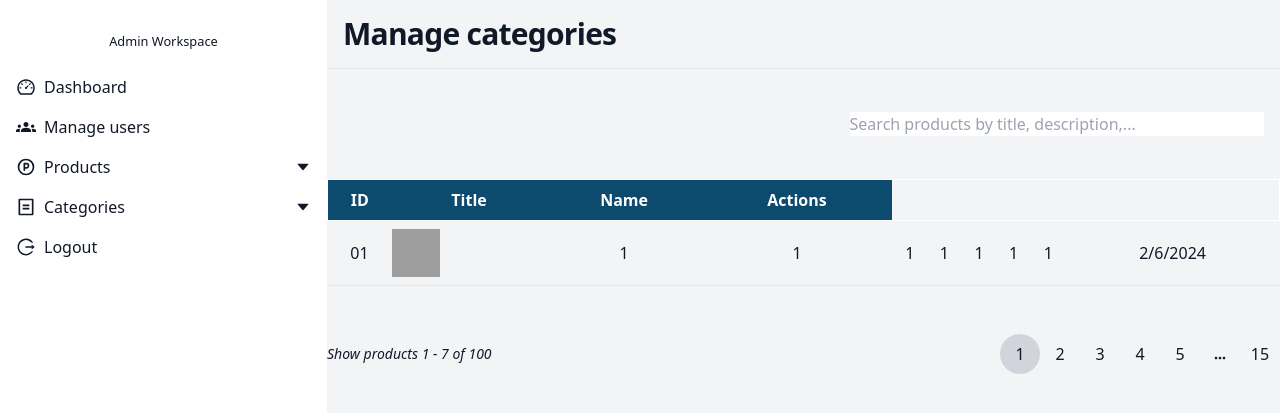
Repository: QuanggDat/Ecommerce_Rookie_NashTech
Page: /admin/manage-categories (app in Ecommerce_Rookie_NashTech_AdminFrontend/admin_fe/)
An editor plug-in stored every save of this project. The page is shown before and after the next save, followed by the edit.
The browser window is 1280 px wide. The pictures show the whole page.
Pictures or frames that could not be fetched are drawn as grey boxes. The page's requests for data from a server got no answer. The project was rebuilt for these pictures with package versions that can differ from the ones it lists, and the page was loaded fresh each time. Some packages were replaced by stand-ins written for this rebuild. No one was signed in, and anything a server would have sent is missing. Also part of the build but not shown: Ecommerce_Rookie_NashTech_AdminFrontend/admin_fe/src/pages/admin/Dashboard.js, Ecommerce_Rookie_NashTech_AdminFrontend/admin_fe/src/pages/admin/ManageProduct.js, Ecommerce_Rookie_NashTech_AdminFrontend/admin_fe/src/pages/admin/LoginScreen.js, Ecommerce_Rookie_NashTech_AdminFrontend/admin_fe/src/components/buttons/Button.js, Ecommerce_Rookie_NashTech_AdminFrontend/admin_fe/src/components/inputs/InputField.js, Ecommerce_Rookie_NashTech_AdminFrontend/admin_fe/src/pages/public/Login.js, Ecommerce_Rookie_NashTech_AdminFrontend/admin_fe/src/pages/public/FinalRegister.js, Ecommerce_Rookie_NashTech_AdminFrontend/admin_fe/src/pages/public/ResetPassword.js and 1 more.

Above is the page before, as saved 2024-06-02 22:55:05.

### Ecommerce_Rookie_NashTech_AdminFrontend/admin_fe/src/index.js
import React from 'react';
import { createRoot } from 'react-dom/client';
import { Provider } from 'react-redux';
import { store } from './stores/redux';
import App from './App';
import './index.css';
import { BrowserRouter } from 'react-router-dom'

const container = document.getElementById('root');
const root = createRoot(container);

root.render(
  <Provider store={store}>
    <BrowserRouter>
      <App />
    </BrowserRouter>
  </Provider>
);

### Ecommerce_Rookie_NashTech_AdminFrontend/admin_fe/src/stores/redux.js
import { configureStore } from '@reduxjs/toolkit';
import userSlice from "./user/userSlice"
import storage from 'redux-persist/lib/storage';
import { persistReducer, persistStore } from "redux-persist"

const commonConfig = {
  storage,
}
const userConfig = {
  ...commonConfig,
  whitelist: ["isLoggedIn", "token"],
  key: "shop/user",
}
export const store = configureStore({
  reducer: {
    user: persistReducer(userConfig, userSlice),
  },
  middleware: (getDefaultMiddleware) =>
    getDefaultMiddleware({ serializableCheck: false }),
});

export const persistor = persistStore(store)

### Ecommerce_Rookie_NashTech_AdminFrontend/admin_fe/src/App.js
import React from 'react';
import { Route, Routes, Navigate } from "react-router-dom"
import path from "./utils/path"
import {
  AdminLayout,
  Dashboard,
  ManageProduct,
  ManageCategory
} from "./pages/admin"
import { Login } from './pages/public';
import './App.css';

function App() {
  return (
    <div className="font-jp">
      <Routes>
        <Route path="/" element={<Navigate to={path.LOGIN} />} />
        <Route path={path.LOGIN} element={<Login />} />
        <Route path={path.ADMIN} element={<AdminLayout />}>
          <Route path={path.DASHBOARD} element={<Dashboard />} />
          <Route path={path.MANAGE_PRODUCTS} element={<ManageProduct />} />
          <Route path={path.MANAGE_CATEGORIES} element={<ManageCategory />} />
        </Route>
      </Routes>
    </div>
  );
}

export default App;

### Ecommerce_Rookie_NashTech_AdminFrontend/admin_fe/src/index.css
@import url("https://fonts.googleapis.com/css2?family=Poppins:ital,wght@0,100;0,200;0,300;0,400;0,500;0,600;0,700;0,800;1,100;1,200;1,300;1,400;1,500;1,600;1,700;1,800&display=swap");
@import url("https://fonts.googleapis.com/css2?family=Noto+Sans+JP:wght@100;200;300;400;500;600;700;800;900&display=swap");
@tailwind base;
@tailwind components;
@tailwind utilities;

html {
    height: 100%;
    overflow: auto;
  }
  body {
    height: 100%;
  }
  html,
  body {
    overflow-x: hidden;
  }

### Ecommerce_Rookie_NashTech_AdminFrontend/admin_fe/src/stores/user/userSlice.js
import { createSlice } from "@reduxjs/toolkit"
import * as actions from './asyncAction'

export const userSlice = createSlice({
    name: "user",
    initialState: {
        isLoggedIn: false,
        current: null,
        token: null,
        isLoading: false,
        mes: '',
    },
    reducers: {
        login: (state, action) => {
            state.isLoggedIn = action.payload.isLoggedIn
            state.token = action.payload.token
        },
        logout: (state, action) => {
            state.isLoggedIn = false
            state.current = null
            state.token = null
            state.isLoading = false
            state.mes = ''
        },
    },
    extraReducers: (builder) => {
        builder.addCase(actions.getCurrent.pending, (state) => {
            state.isLoading = true;
        });
        builder.addCase(actions.getCurrent.fulfilled, (state, action) => {
            state.isLoading = false;
            state.current = action.payload;
            state.isLoggedIn = true
        });
        builder.addCase(actions.getCurrent.rejected, (state, action) => {
            state.isLoading = false;
            state.current = null;
            state.isLoggedIn = false
            state.token = null
            state.mes = 'Login session has expired. Please login again!'
        });
    }
})
export const { login, logout } = userSlice.actions

export default userSlice.reducer

### Ecommerce_Rookie_NashTech_AdminFrontend/admin_fe/src/utils/path.js
const path = {
    PUBLIC: "/",
    HOME: "home",
    ALL: "*",
    LOGIN: "login",
    FINAL_REGISTER: "finalregister/:status",
    RESET_PASSWORD: "reset-password/:token",

    // Admin
    ADMIN: "admin",
    DASHBOARD: "dashboard",
    MANAGE_USER: "manage-user",
    MANAGE_PRODUCTS: "manage-products",
    MANAGE_CATEGORIES: "manage-categories",
    CREATE_PRODUCTS: "create-products",
    CREATE_CATEGORY: "create-category",
}

export default path

### Ecommerce_Rookie_NashTech_AdminFrontend/admin_fe/src/pages/admin/index.js
export { default as AdminLayout } from "./AdminLayout"
export { default as Dashboard } from "./Dashboard"
export { default as ManageProduct } from "./ManageProduct"
export { default as ManageCategory } from "./ManageCategory"
export { default as LoginScreen } from "./LoginScreen"

### Ecommerce_Rookie_NashTech_AdminFrontend/admin_fe/src/pages/public/index.js
export { default as Login } from "./Login"
export { default as FinalRegister } from "./FinalRegister"
export { default as ResetPassword } from "./ResetPassword"

### Ecommerce_Rookie_NashTech_AdminFrontend/admin_fe/src/stores/user/asyncAction.js
import { createAsyncThunk } from "@reduxjs/toolkit";
import * as apis from '../../apis'

export const getCurrent = createAsyncThunk('user/current', async (data, { rejectWithValue }) => {
    const response = await apis.apiGetCurrent()
    if (!response.data.status) return rejectWithValue(response)
    return response.data.rs
})

### Ecommerce_Rookie_NashTech_AdminFrontend/admin_fe/src/pages/admin/AdminLayout.js
import React from 'react'
import { Outlet, Navigate } from 'react-router-dom'
import { useSelector } from 'react-redux'
import AdminSidebar from '../../components/sidebar/AdminSidebar'

const AdminLayout = () => {
  return (
    <div className='flex w-full bg-gray-100 min-h-screen relative text-gray-900'>
      <div className='w-[327px] top-0 bottom-0 flex-none fixed'>
        <AdminSidebar />
      </div>
      <div className='w-[327px]'></div>
      <div className='flex-auto'>
        <Outlet />
      </div>
    </div>
  )
}

export default AdminLayout

### Ecommerce_Rookie_NashTech_AdminFrontend/admin_fe/src/pages/admin/ManageCategory.js
import React from 'react'
import InputForm from "../../components/inputs/InputForm"
import Pagination from "../../components/pagination/Pagination"
import { useForm } from "react-hook-form"

const ManageCategory = () => {
  const {
    register,
    formState: { errors },
    watch,
  } = useForm()
  return (
    <div className="w-full flex flex-col gap-4 relative">
      <div className="h-[69px] w-full"></div>
      <div className="p-4 border-b w-full bg-gray-100 flex justify-between items-center fixed top-0">
        <h1 className="text-3xl font-bold tracking-tight">Manage categories</h1>
      </div>
      <div className="flex justify-end items-center px-4">
        <form className="w-[45%]">
          <InputForm
            id="q"
            register={register}
            errors={errors}
            fullWidth
            placeholder="Search products by title, description,..."
          />
        </form>
      </div>
      <table className="table-auto">
        <thead>
          <tr className="border bg-sky-900 text-white border-white">
            <th className="text-center py-2">ID</th>
            <th className="text-center py-2">Title</th>
            <th className="text-center py-2">Name</th>
            <th className="text-center py-2">Actions</th>
          </tr>
        </thead>
        <tbody>
          <tr className="border-b" >
            <td className="text-center py-2">
              01
            </td>
            <td className="text-center py-2">
              <img
                src='https://th.bing.com/th/id/OIF.IHFaCxQQ54StkxKZ3Iyp0Q?rs=1&pid=ImgDetMain'
                alt="thumb"
                className="w-12 h-12 object-cover"
              />
            </td>
            <td className="text-center py-2">1</td>
            <td className="text-center py-2">1</td>
            <td className="text-center py-2">1</td>
            <td className="text-center py-2">1</td>
            <td className="text-center py-2">1</td>
            <td className="text-center py-2">1</td>
            <td className="text-center py-2">1</td>
            <td className="text-center py-2">
              2/6/2024
            </td>
          </tr>
        </tbody>
      </table>
      <div className="w-full flex justify-end my-8">
        <Pagination totalCount={100} />
      </div>
    </div>
  )
}

export default ManageCategory

### Ecommerce_Rookie_NashTech_AdminFrontend/admin_fe/src/components/sidebar/AdminSidebar.js
import React, { Fragment, useState } from "react"
import { adminSidebar } from "../../utils/constants"
import { NavLink, Link, useNavigate } from "react-router-dom"
import clsx from "clsx"
import { AiOutlineCaretDown, AiOutlineCaretRight } from "react-icons/ai"
import { RiShareForwardLine } from "react-icons/ri"
import withBaseComponent from "../../hocs/withBaseComponent"

const activedStyle =
    "px-4 py-2 flex items-center gap-2  bg-blue-500 text-gray-100"
const notActivedStyle = "px-4 py-2 flex items-center gap-2  hover:bg-blue-100"

const AdminSidebar = () => {
    const navigate = useNavigate()
    const [actived, setActived] = useState([])
    const handleShowTabs = (tabID) => {
        if (actived.some((el) => el === tabID))
            setActived((prev) => prev.filter((el) => el !== tabID))
        else setActived((prev) => [...prev, tabID])
    }

    return (
        <div className=" bg-white h-full py-4">
            <Link
                to={"/"}
                className="flex flex-col justify-center items-center p-4 gap-2"
            >
                <small>Admin Workspace</small>
            </Link>
            <div>
                {adminSidebar.map((el) => (
                    <Fragment key={el.id}>
                        {el.type === "SINGLE" && (
                            <NavLink
                                to={el.path}
                                className={({ isActive }) =>
                                    clsx(isActive && activedStyle, !isActive && notActivedStyle)
                                }
                            >
                                <span>{el.icon}</span>
                                <span>{el.text}</span>
                            </NavLink>
                        )}
                        {el.type === "PARENT" && (
                            <div
                                onClick={() => handleShowTabs(+el.id)}
                                className="flex flex-col"
                            >
                                <div className="flex items-center justify-between px-4 py-2 hover:bg-blue-100 cursor-pointer">
                                    <div className="flex items-center gap-2">
                                        <span>{el.icon}</span>
                                        <span>{el.text}</span>
                                    </div>
                                    {actived.some((id) => id === el.id) ? (
                                        <AiOutlineCaretRight />
                                    ) : (
                                        <AiOutlineCaretDown />
                                    )}
                                </div>
                                {actived.some((id) => +id === +el.id) && (
                                    <div className="flex flex-col">
                                        {el.submenu.map((item, idx) => (
                                            <NavLink
                                                key={idx}
                                                to={item.path}
                                                onClick={(e) => e.stopPropagation()}
                                                className={({ isActive }) =>
                                                    clsx(
                                                        isActive && activedStyle,
                                                        !isActive && notActivedStyle,
                                                        "pl-16"
                                                    )
                                                }
                                            >
                                                {item.text}
                                            </NavLink>
                                        ))}
                                    </div>
                                )}
                            </div>
                        )}
                    </Fragment>
                ))}
            </div>
        </div>
    )
}

export default withBaseComponent(AdminSidebar)

### Ecommerce_Rookie_NashTech_AdminFrontend/admin_fe/src/components/inputs/InputForm.js
import React, { memo } from 'react'
import clsx from 'clsx'

const InputForm = ({
    label,
    disabled,
    register,
    errors,
    id,
    validate,
    type = 'text',
    placeholder,
    fullWidth,
    defaultValue,
    style,
    readOnly
}) => {
    return (
        <div className={clsx('flex flex-col h-[78px] gap-2', style)}>
            {label && <label className='font-medium' htmlFor={id}>{label + ':'}</label>}
            <input
                type={type}
                id={id}
                {...register(id, validate)}
                disabled={disabled}
                placeholder={placeholder}
                className={clsx('form-input my-auto', fullWidth && 'w-full', style)}
                defaultValue={defaultValue}
                readOnly={readOnly}
            />
            {errors[id] && <small className='text-xs text-red-500'>{errors[id]?.message}</small>}
        </div>
    )
}

export default memo(InputForm)

### Ecommerce_Rookie_NashTech_AdminFrontend/admin_fe/src/components/pagination/Pagination.js
import React, { memo } from "react"
import usePagination from "../../hooks/usePagination"
import PagiItem from "./PagiItem"
import { useSearchParams } from "react-router-dom"

const Pagination = ({ totalCount }) => {
    const [params] = useSearchParams()
    const pagination = usePagination(totalCount, +params.get("page") || 1)

    const range = () => {
        const currentPage = +params.get("page")
        const pageSize = +process.env.REACT_APP_LIMIT || 10
        const start = Math.min((currentPage - 1) * pageSize + 1, totalCount)
        const end = Math.min(currentPage * pageSize, totalCount)

        return `${start} - ${end}`
    }

    // 3 => 21 - 30
    return (
        <div className="flex w-full justify-between items-center">
            {!+params.get("page") ? (
                <span className="text-sm hidden lg:inline-block italic">{`Show products ${Math.min(
                    totalCount,
                    1
                )} - ${Math.min(
                    +process.env.REACT_APP_LIMIT,
                    totalCount
                )} of ${totalCount}`}</span>
            ) : (
                ""
            )}
            {+params.get("page") ? (
                <span className="text-sm hidden lg:inline-block italic">{`Show products ${range()} of ${totalCount}`}</span>
            ) : (
                ""
            )}
            <div className="flex mt-8 lg:mt-0 items-center">
                {pagination?.map((el) => (
                    <PagiItem key={el}>{el}</PagiItem>
                ))}
            </div>
        </div>
    )
}

export default memo(Pagination)

### Ecommerce_Rookie_NashTech_AdminFrontend/admin_fe/src/utils/helpers.js


export const validate = (payload, setInvalidFields) => {
    let invalids = 0
    const formatPayload = Object.entries(payload)
    for (let arr of formatPayload) {
        if (arr[1].trim() === "") {
            invalids++
            setInvalidFields((prev) => [
                ...prev,
                { name: arr[0], mes: "Require this field." },
            ])
        }
    }
    return invalids
}

export const generateRange = (start, end) => {
    const length = end + 1 - start
    return Array.from({ length }, (_, index) => start + index)
  }
  export function getBase64(file) {
    if (!file) return ""
    return new Promise((resolve, reject) => {
      const reader = new FileReader()
      reader.readAsDataURL(file)
      reader.onload = () => resolve(reader.result)
      reader.onerror = (error) => reject(error)
    })
  }

### Ecommerce_Rookie_NashTech_AdminFrontend/admin_fe/src/apis/user.js
import axios from "../axios";

export const apiRegister = (data) =>
    axios({
        url: "/user/register",
        method: "post",
        data,
    })

export const apiFinalRegister = (token) =>
    axios({
        url: "/user/finalregister/" + token,
        method: "put",
    })

export const apiLogin = (data) =>
    axios({
        url: "/user/login",
        method: "post",
        data,
    })

export const apiGetCurrent = () =>
    axios({
        url: "/user/current",
        method: "get",
    })

export const apiForgotPassword = (data) =>
    axios({
        url: "/user/forgotpassword",
        method: "post",
        data,
    })

export const apiResetPassword = (data) =>
    axios({
        url: "/user/resetpassword",
        method: "put",
        data,
    })

### Ecommerce_Rookie_NashTech_AdminFrontend/admin_fe/src/utils/constants.js
import path from "./path"
import icons from "./icons"

const { AiOutlineDashboard, MdGroups, TbBrandProducthunt, RiBillLine, AiOutlineLogout } = icons
export const adminSidebar = [
    {
      id: 1,
      type: "SINGLE",
      text: "Dashboard",
      path: `/${path.ADMIN}/${path.DASHBOARD}`,
      icon: <AiOutlineDashboard size={20} />,
    },
    {
      id: 2,
      type: "SINGLE",
      text: "Manage users",
      path: `/${path.ADMIN}/${path.MANAGE_USER}`,
      icon: <MdGroups size={20} />,
    },
    {
      id: 3,
      type: "PARENT",
      text: "Products",
      icon: <TbBrandProducthunt size={20} />,
      submenu: [
        {
          text: "Create product",
          path: `/${path.ADMIN}/${path.CREATE_PRODUCTS}`,
        },
        {
          text: "Manage products",
          path: `/${path.ADMIN}/${path.MANAGE_PRODUCTS}`,
        },
      ],
    },
    {
      id: 4,
      type: "PARENT",
      text: "Categories",
      icon: <RiBillLine size={20} />,
      submenu: [
        {
          text: "Create category",
          path: `/${path.ADMIN}/${path.CREATE_CATEGORY}`,
        },
        {
          text: "Manage categories",
          path: `/${path.ADMIN}/${path.MANAGE_CATEGORIES}`,
        },
      ],
    },
    {
      id: 5,
      type: "SINGLE",
      text: "Logout",
      path: `/${path.LOGIN}`,
      icon: <AiOutlineLogout size={20} />,
    },
  ]

### Ecommerce_Rookie_NashTech_AdminFrontend/admin_fe/src/hocs/withBaseComponent.js
import React from 'react'
import { useDispatch } from 'react-redux'
import { useLocation, useNavigate } from 'react-router-dom'

const withBaseComponent = (Component) => (props) => {
    const navigate = useNavigate()
    const dispatch = useDispatch()
    const location = useLocation()

    return <Component {...props} navigate={navigate} dispatch={dispatch} location={location} />
}

export default withBaseComponent

### Ecommerce_Rookie_NashTech_AdminFrontend/admin_fe/src/hooks/usePagination.js
import { useMemo } from 'react'
import { generateRange } from '../utils/helpers'
import { BiDotsHorizontalRounded } from 'react-icons/bi'


const usePagination = (totalProductCount, currentPage, siblingCount = 1) => {
    const paginationArray = useMemo(() => {
        const pageSize = +process.env.REACT_APP_LIMIT || 10
        const paginationCount = Math.ceil(+totalProductCount / pageSize)
        const totalPaginationItem = +siblingCount + 5


        if (paginationCount <= totalPaginationItem) return generateRange(1, paginationCount)

        const isShowLeft = currentPage - siblingCount > 2
        const isShowRight = currentPage + siblingCount < paginationCount - 1

        if (isShowLeft && !isShowRight) {
            const rightStart = paginationCount - 4
            const rightRange = generateRange(rightStart, paginationCount)
            return [1, <BiDotsHorizontalRounded />, ...rightRange]
        }

        if (!isShowLeft && isShowRight) {
            const leftRange = generateRange(1, 5)
            return [...leftRange, <BiDotsHorizontalRounded />, paginationCount]
        }

        const siblingLeft = Math.max(currentPage - siblingCount, 1)
        const singlingRight = Math.min(currentPage + siblingCount, paginationCount)

        if (isShowLeft && isShowRight) {
            const middleRange = generateRange(siblingLeft, singlingRight)
            return [1, <BiDotsHorizontalRounded />, ...middleRange, <BiDotsHorizontalRounded />, paginationCount]
        }

    }, [totalProductCount, currentPage, siblingCount])

    return paginationArray
}
export default usePagination
// fist + last + current + sibling + 2*DOTS
// min = 6 => sibling + 5
// totalPagination : 58, limitProduct = 10 => = 5.8 = 6
// totalPaginationItem : sibling + 5 = 6
// sibling = 1

// [1,2,3,4,5,6]
// [1,...,6,7,8,9,10]
// [1,2,3,4,5, ...,10]
// [1,...,5,6,7,...,10]

### Ecommerce_Rookie_NashTech_AdminFrontend/admin_fe/src/components/pagination/PagiItem.js
import clsx from 'clsx'
import { useSearchParams, useNavigate, createSearchParams, useLocation } from 'react-router-dom'
import { memo } from 'react'

const PagiItem = ({ children }) => {
    const navigate = useNavigate()
    const [params] = useSearchParams()
    const location = useLocation()

    const handlePagination = () => {
        const queries = Object.fromEntries([...params])
        if (Number(children)) queries.page = children
        navigate({
            pathname: location.pathname,
            search: createSearchParams(queries).toString()
        })
    }
    return (
        <button
            className={clsx('w-10 h-10 flex justify-center', !Number(children) && 'items-end pb-2', Number(children) && 'items-center hover:rounded-full hover:bg-gray-300', +params.get('page') === +children && 'rounded-full bg-gray-300', !+params.get('page') && +children === 1 && 'rounded-full bg-gray-300')}
            onClick={handlePagination}
            type='button'
            disabled={!Number(children)}
        >
            {children}
        </button>
    )
}

export default memo(PagiItem)

### Ecommerce_Rookie_NashTech_AdminFrontend/admin_fe/src/axios.js
import axios from 'axios'

const instance = axios.create({
    baseURL: process.env.REACT_APP_API_URI,
  });

// Add a request interceptor
axios.interceptors.request.use(function (config) {
    // Do something before request is sent
    return config;
  }, function (error) {
    // Do something with request error
    return Promise.reject(error);
  });

// Add a response interceptor
axios.interceptors.response.use(function (response) {
    // Any status code that lie within the range of 2xx cause this function to trigger
    // Do something with response data
    return response.data;
  }, function (error) {
    // Any status codes that falls outside the range of 2xx cause this function to trigger
    // Do something with response error
    return error.response.data;
  });

  export default instance

### Ecommerce_Rookie_NashTech_AdminFrontend/admin_fe/src/utils/icons.js
import { RiPhoneFill, RiTruckFill, RiBillLine } from 'react-icons/ri'
import { MdEmail, MdGroups } from 'react-icons/md'
import { BsHandbagFill, BsFillSuitHeartFill, BsShieldShaded, BsReplyFill, BsCartPlus } from 'react-icons/bs'
import { FaUserCircle, FaTty } from 'react-icons/fa'
import {
    AiFillHome,
    AiFillStar,
    AiOutlineStar,
    AiFillEye,
    AiOutlineMenu,
    AiOutlineLogout,
    AiFillGift,
    AiOutlineDown,
    AiOutlineDashboard
} from 'react-icons/ai'
import { IoIosArrowForward } from 'react-icons/io'
import { TbBrandProducthunt } from 'react-icons/tb'

const icons = {
    RiPhoneFill,
    MdEmail,
    BsHandbagFill,
    FaUserCircle,
    AiFillHome,
    AiFillStar,
    AiOutlineStar,
    AiFillEye,
    AiOutlineMenu,
    BsFillSuitHeartFill,
    IoIosArrowForward,
    AiOutlineLogout,
    BsShieldShaded,
    RiTruckFill,
    AiFillGift,
    BsReplyFill,
    FaTty,
    AiOutlineDown,
    AiOutlineDashboard,
    MdGroups,
    TbBrandProducthunt,
    RiBillLine,
    BsCartPlus
}

export default icons

Loaded but not shown: Ecommerce_Rookie_NashTech_AdminFrontend/admin_fe/public/index.html (common file); Ecommerce_Rookie_NashTech_AdminFrontend/admin_fe/src/apis/index.js (common file); Ecommerce_Rookie_NashTech_AdminFrontend/admin_fe/tailwind.config.js (common file)

After the next save:
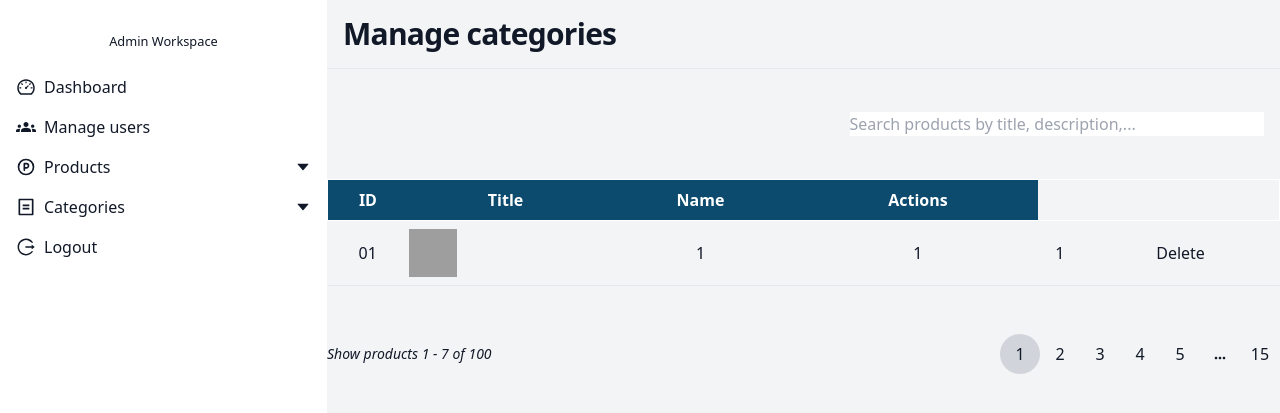
Saved 14 s later.
--- a/Ecommerce_Rookie_NashTech_AdminFrontend/admin_fe/src/pages/admin/ManageCategory.js
+++ b/Ecommerce_Rookie_NashTech_AdminFrontend/admin_fe/src/pages/admin/ManageCategory.js
@@ -50,12 +50,8 @@ const ManageCategory = () => {
             <td className="text-center py-2">1</td>
             <td className="text-center py-2">1</td>
             <td className="text-center py-2">1</td>
-            <td className="text-center py-2">1</td>
-            <td className="text-center py-2">1</td>
-            <td className="text-center py-2">1</td>
-            <td className="text-center py-2">1</td>
             <td className="text-center py-2">
-              2/6/2024
+              Delete
             </td>
           </tr>
         </tbody>
